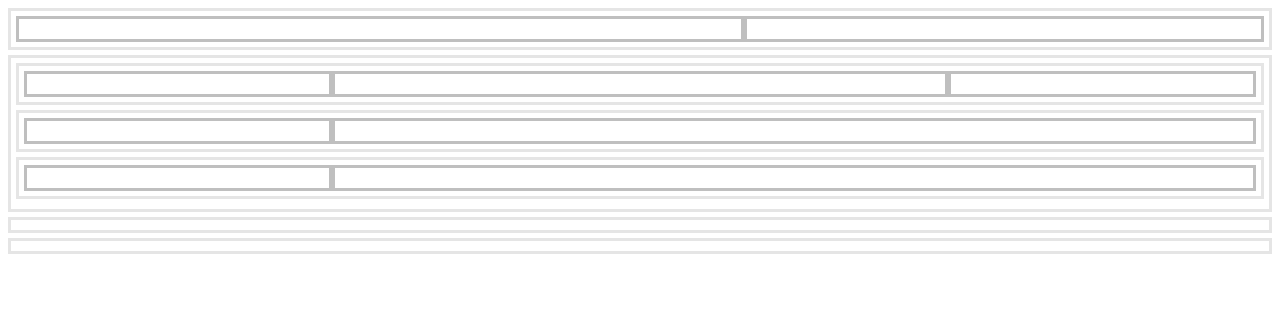
Repository: 0xbul1/biao-class-3
Page: practice/012-float-grid/index5.html
An editor plug-in stored every save of this project. The page is shown before and after the next save, followed by the edit.
The browser window is 1280 px wide. The pictures show the whole page.

Above is the page before, as saved 2018-10-03 18:47:50.

After the next save:
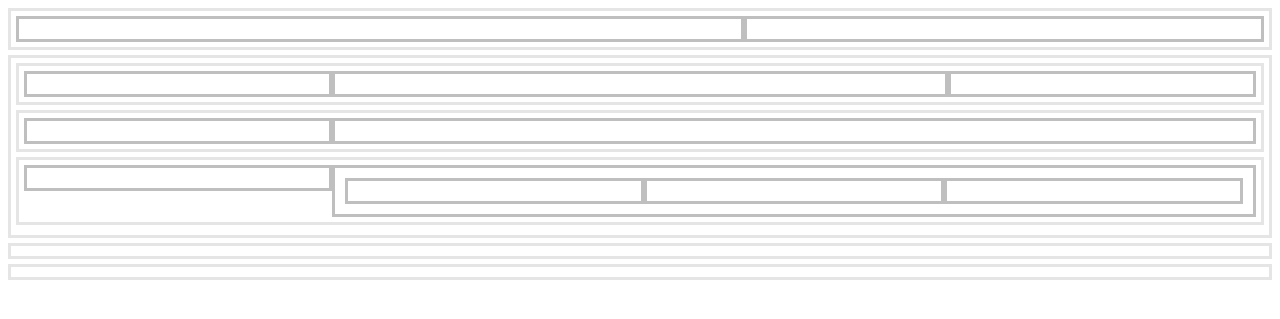
Saved 11 s later.
--- a/practice/012-float-grid/index5.html
+++ b/practice/012-float-grid/index5.html
@@ -88,7 +88,11 @@
     </div>
     <div class="row shortcut">
         <div class="col-3"></div>
-        <div class="col-9"></div>
+        <div class="col-9">
+            <div class="col-4"></div>
+            <div class="col-4"></div>
+            <div class="col-4"></div>
+        </div>
     </div>
 </div>
 <div class="row main"></div>
